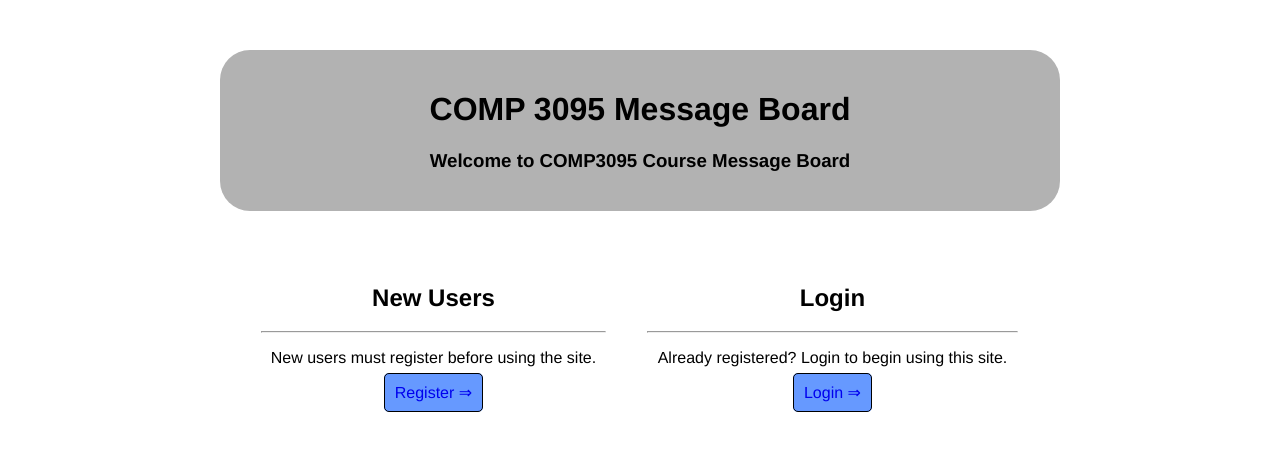
Repository: JesseFo/Whitespace
Page: whitespace/WebContent/WEB-INF/index.html
An editor plug-in stored every save of this project. The page is shown before and after the next save, followed by the edit.
The browser window is 1280 px wide. The pictures show the whole page.

Above is the page before, as saved 2015-10-14 03:12:56.

After the next save:
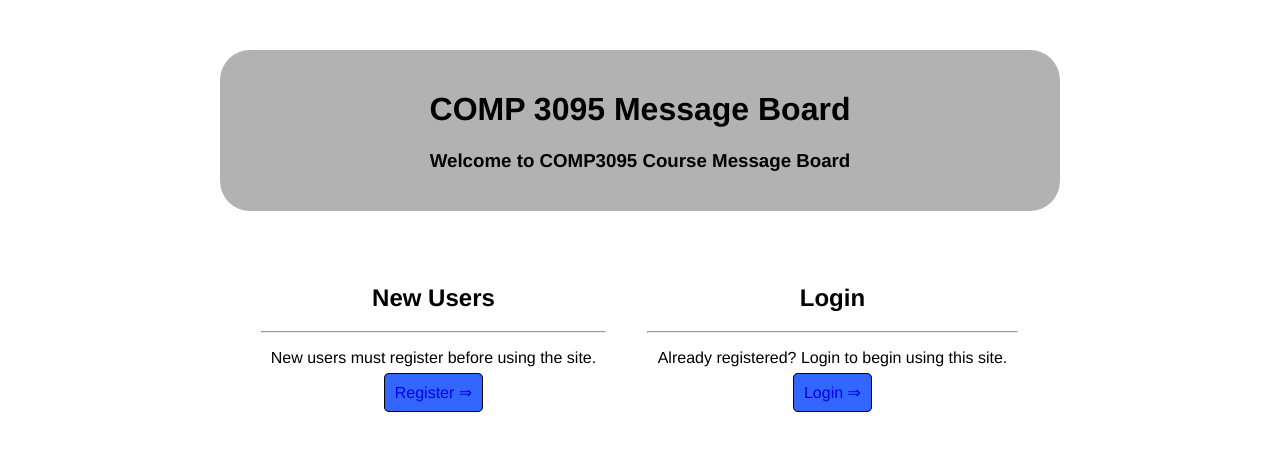
Saved 22 s later.
--- a/whitespace/WebContent/WEB-INF/index.css
+++ b/whitespace/WebContent/WEB-INF/index.css
@@ -32,9 +32,9 @@ a{
 	border: 1px solid black;
 	padding: 10px;
 	border-radius: 5px;
-	background: #6699FF
+	background: #3366FF;
 }
 
 a:hover{
-	background: #3366FF;
+	background: #6699FF;
 }
